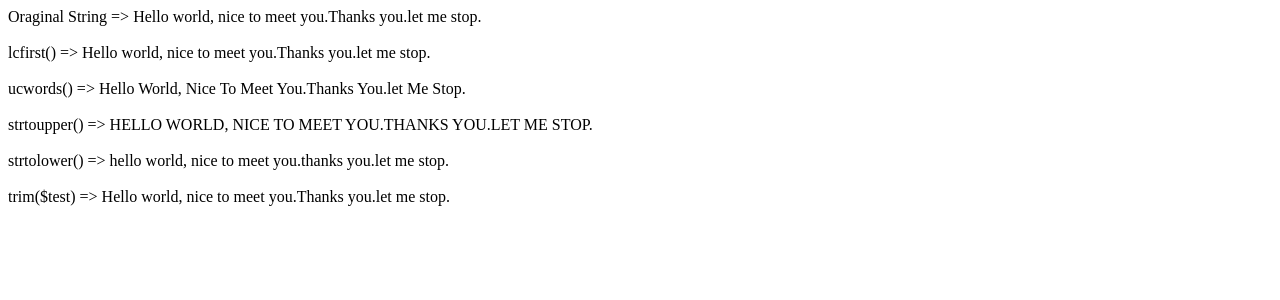
Repository: zinminkhantoo/assignment01
Page: http://localhost/String/printf_fprintf.php
An editor plug-in stored every save of this project. The page is shown before and after the next save, followed by the edit.
The browser window is 1280 px wide. The pictures show the whole page.
The page is run by PHP 8.4 with error messages shown; the project is at /var/www/html/.

Above is the page before, as saved 2020-04-12 09:57:30.

After the next save:
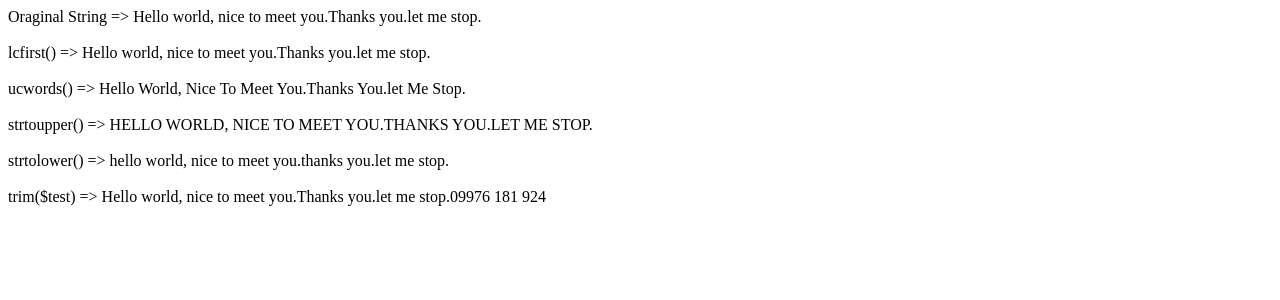
Saved 65 s later.
--- a/Test/String/printf_fprintf.php
+++ b/Test/String/printf_fprintf.php
@@ -7,4 +7,6 @@
     echo "strtolower() => ".strtolower($test)."</br></br>";
     echo 'trim($test) => '.trim($test," ");
 
+    $a = " 09976 181 924";
+    echo trim($a);
 ?>
